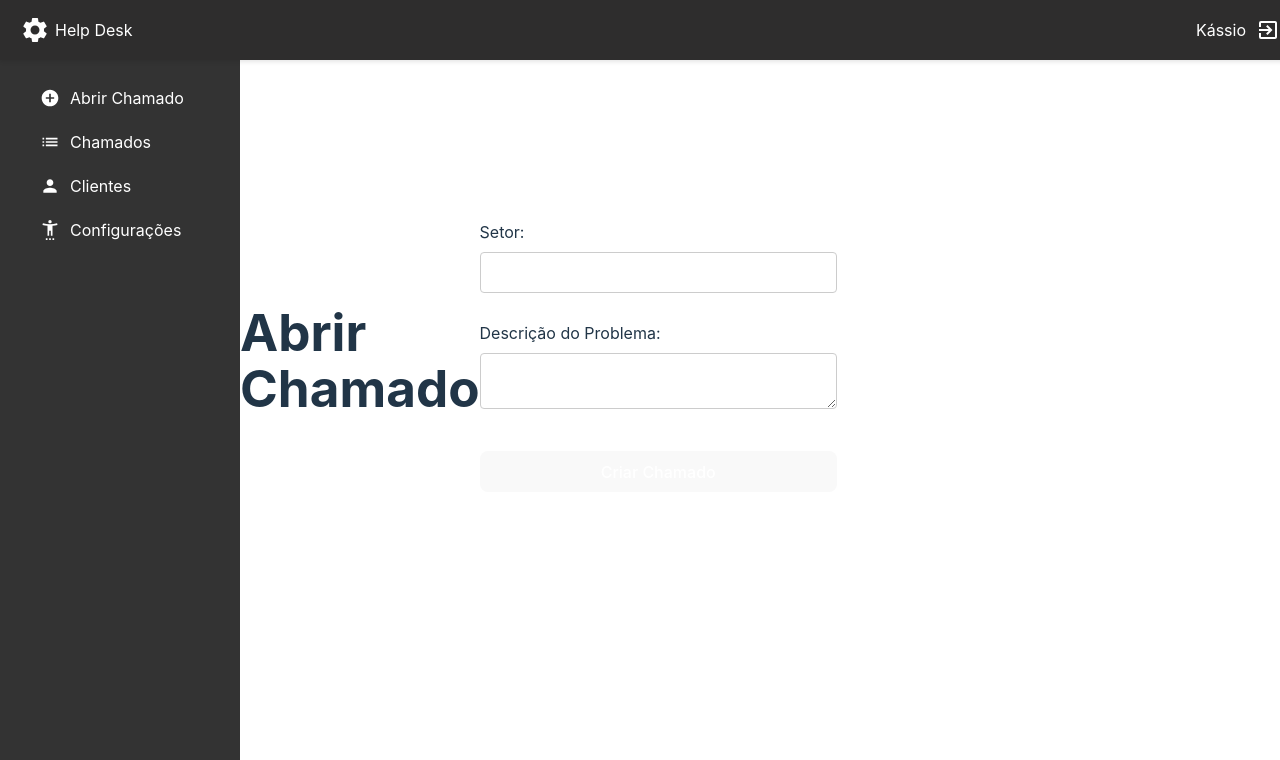
Repository: zkassimz/helpdesk
Page: /, after clicking the first element matching `li`
An editor plug-in stored every save of this project. The page is shown before and after the next save, followed by the edit.
The browser window is 1280 px wide. The pictures show the whole page.
The project was rebuilt for these pictures with package versions that can differ from the ones it lists, and the page was loaded fresh each time. Also part of the build but not shown: vite.config.js, src/components/css/Chamados.css, src/components/Chamados.jsx, src/components/Clientes.jsx, src/components/Configuracoes.jsx.

Above is the page before, as saved 2024-05-06 17:05:32.

### index.html
<!doctype html>
<html lang="en">

  <body>
    <div id="root"></div>
    <script type="module" src="/src/main.jsx"></script>
  </body>
</html>

### src/App.jsx
// src/App.js
import React, { useState } from 'react';
import AppBar from './components/AppBar'; // Importando o componente AppBar
import Sidebar from './components/Sidebar';
import Chamados from './components/Chamados';
import Clientes from './components/Clientes';
import Configuracoes from './components/Configuracoes';
import CreateTicketPage from './components/AbrirChamadoForm';
import './App.css';

function App() {
  const [currentPage, setCurrentPage] = useState('Dashboard');

  const renderPage = () => {
    switch (currentPage) {

      case 'OpenCall':
        return <CreateTicketPage />;
      case 'Chamados':
        return <Chamados />;
      case 'Clientes':
        return <Clientes />;
      case 'Configuracoes':
        return <Configuracoes />;
      default:
        return <div>Página não encontrada</div>;
    }
  };

  return (
    <div className="app">
      <AppBar />
      <div className="content">
        <Sidebar setCurrentPage={setCurrentPage} />
        <div className="main-content">
          {renderPage()}
        </div>
      </div>
    </div>
  );
}

export default App;

### src/components/AppBar.jsx

import React from 'react';
import { MdExitToApp, MdSettings } from 'react-icons/md';
import './css/AppBar.css';

const AppBar = () => {


  return (
    <div className="appbar">
      <div className="appbar-left">
        <div className="appbar-item" onClick={() => console.log("Consultar/Atender")}>
          <MdSettings size={30} />
          <span>Help Desk</span>
        </div>
      </div>
      <div className="appbar-right">
        <span>Kássio </span>
        <div className="logout-button" onClick={() => console.log("Logout")}>
          <MdExitToApp size={24} />
        </div>
      </div>
    </div>
  );
};

export default AppBar;

### src/components/Sidebar.jsx
import React from 'react';
import './css/SideBar.css';
import {  MdAddCircle, MdList, MdPerson, MdSettingsAccessibility } from 'react-icons/md';
const Sidebar = ({ setCurrentPage }) => {
  const handleClick = (page) => {
    setCurrentPage(page);
  };

  return (
    <div className="sidebar">
      <div className="sidebar-header">

      </div>
      <ul className="menu">
        <li onClick={() => handleClick('OpenCall')}>
        <MdAddCircle size={20}></MdAddCircle>
          <span>Abrir Chamado</span>
        </li>
        <li onClick={() => handleClick('Chamados')}>
        <MdList size={20}></MdList>
        Chamados</li>
        <li onClick={() => handleClick('Clientes')}>

        <MdPerson size={20}></MdPerson>
          Clientes</li>
        <li onClick={() => handleClick('Configurações')}>

        <MdSettingsAccessibility size={20}></MdSettingsAccessibility>

          Configurações</li>
      </ul>
    </div>
  );
};

export default Sidebar;

### src/components/AbrirChamadoForm.jsx
import React, { useState } from 'react';
import './css/CreateTicketPage.css';

const CreateTicketPage = () => {
  const [formData, setFormData] = useState({
    setor: '',
    descricaoProblema: ''
  });

  const handleChange = (e) => {
    const { name, value } = e.target;
    setFormData({
      ...formData,
      [name]: value
    });
  };

  const handleSubmit = (e) => {
    e.preventDefault();
    console.log('Dados do formulário:', formData);
    setFormData({
      setor: '',
      descricaoProblema: ''
    });
  };

  return (

    <div className="create-ticket-page">
      <h1>Abrir Chamado</h1>
      <form onSubmit={handleSubmit} className="ticket-form">
        <div className="form-group">
          <label htmlFor="setor">Setor:</label>
          <input
            type="text"
            id="setor"
            name="setor"
            value={formData.setor}
            onChange={handleChange}
            required
            className="input-field"
          />
        </div>
        <div className="form-group">
          <label htmlFor="descricaoProblema">Descrição do Problema:</label>
          <textarea
            id="descricaoProblema"
            name="descricaoProblema"
            value={formData.descricaoProblema}
            onChange={handleChange}
            required
            className="textarea-field"
          />
        </div>
        <button type="submit" className="submit-button">Criar Chamado</button>
      </form>
    </div>
  );
};

export default CreateTicketPage;

### src/App.css

.app {
  display: grid;
  grid-template-rows: auto 1fr;
  height: 100vh;
}
.sidebar {
  width: 200px;
  background-color: #333;
  color: #fff;
}

.main-content {
  flex: 1;
  overflow-y: auto;
}

.content {
  display: flex;
}

.sidebar-header {
  padding: 20px;
  text-align: center;
}

.menu {
  list-style-type: none;
  padding: 0;
}

.menu li {
  padding: 10px 20px;
  cursor: pointer;
}

.menu li:hover {
  background-color: #555;
}

### src/components/css/AppBar.css


.appbar {
    background-color: #2e2d2d;
    color: #fff;
    display: flex;
    justify-content: space-between;
    align-items: center;
    padding: 0 20px;
    height: 60px;
    width: 100%;
    position: fixed;
    top: 0;
    z-index: 1000;
    box-shadow: 0 2px 4px rgba(0, 0, 0, 0.1);
  }


  .appbar-item{
    margin-right: 10px;
    align-items: center;
    display: flex;
  }

  .appbar-left, .appbar-right {
    display: flex;
    align-items: center;
  }

  .appbar-item, .logout-button {
    cursor: pointer;
    margin-right: 20px;
    text-decoration: none;
    color: inherit;
    transition: all 0.3s ease;
  }

  .appbar-item:hover, .logout-button:hover {
    transform: translateY(-2px);
  }

  .appbar-item span {
    margin-left: 5px;
  }

  .logout-button {
    display: flex;
    align-items: center;
  }

  .logout-button span {
    margin-right: 10px;
  }
  .appbar-right {
    display: flex;
    align-items: center;
  }

  .appbar-right span {
    margin-right: 10px;
  }

  .logout-button {
    display: flex;
    align-items: center;
  }

### src/components/css/SideBar.css
.sidebar {
    width: 100px;
    background-color: #333;
    color: #fff;
    height: 100vh;
    padding: 20px;
  }

  .sidebar.open {
    width: 0;
  }



  .menu li {
    display: flex;
    align-items: center;
    cursor: pointer;
  }

  .menu li > * {
    margin-right: 10px; /* Espaço entre o ícone e o texto */
  }


  @media (max-width: 768px) {
    .sidebar {
      width: 100%;
    }
  }


  @media (min-width: 1024px) {
    .sidebar {
      width: 300px;
    }
  }

### src/components/css/CreateTicketPage.css
.modal {
  display: none;
  position: fixed;
  z-index: 1;
  left: 0;
  top: 0;
  width: 100%;
  height: 100%;
  overflow: auto;
  background-color: rgba(0,0,0,0.4);
}

.create-ticket-page {
  display: flex;
  justify-content: center;
  align-items: center;
  height: 100vh;
}

.modal-content {
  background-color: #fefefe;
  margin: 15% auto;
  padding: 20px;
  border: 1px solid #888;
  width: 80%;
}

.close-button {
  color: #aaa;
  float: right;
  font-size: 28px;
  font-weight: bold;
}

.close-button:hover,
.close-button:focus {
  color: black;
  text-decoration: none;
  cursor: pointer;
}

h2 {
  text-align: center;
}

form {
  width: 100%;
}

.form-group {
  margin-bottom: 20px;
}

label {
  display: block;
}

input[type="text"],
textarea,
select {
  width: 100%;
  padding: 12px 20px;
  margin: 8px 0;
  border: 1px solid #ccc;
  border-radius: 4px;
  box-sizing: border-box;
}

button {
  background-color: #4CAF50;
  color: white;
  padding: 14px 20px;
  margin: 8px 0;
  border: none;
  border-radius: 4px;
  cursor: pointer;
  width: 100%;
}

button:hover {
  background-color: #45a049;
}

.modal.open {
  display: block; /* Mostra o modal quando a classe 'open' é aplicada */
}

Loaded but not shown: src/main.jsx (common file); src/index.css (common file)

After the next save:
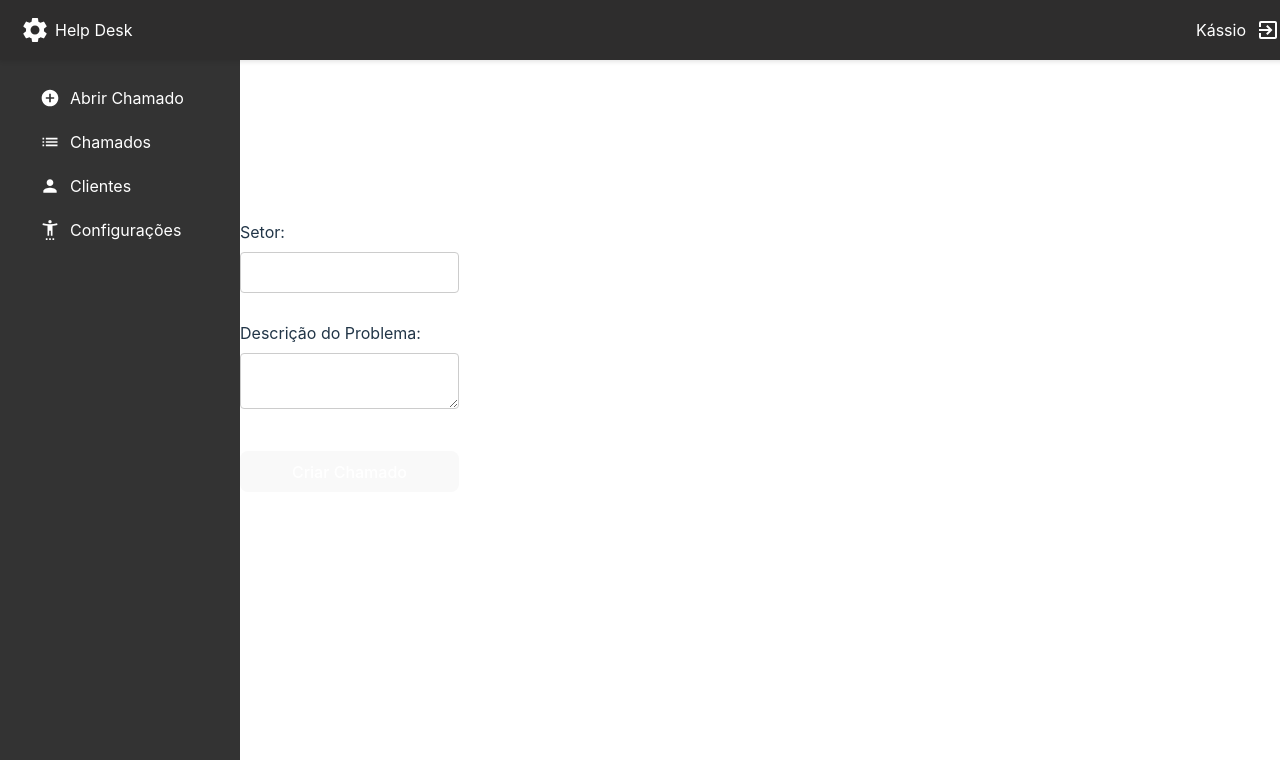
Saved 21 s later.
--- a/src/components/AbrirChamadoForm.jsx
+++ b/src/components/AbrirChamadoForm.jsx
@@ -27,7 +27,7 @@ const CreateTicketPage = () => {
   return (
 
     <div className="create-ticket-page">
-      <h1>Abrir Chamado</h1>
+
       <form onSubmit={handleSubmit} className="ticket-form">
         <div className="form-group">
           <label htmlFor="setor">Setor:</label>
